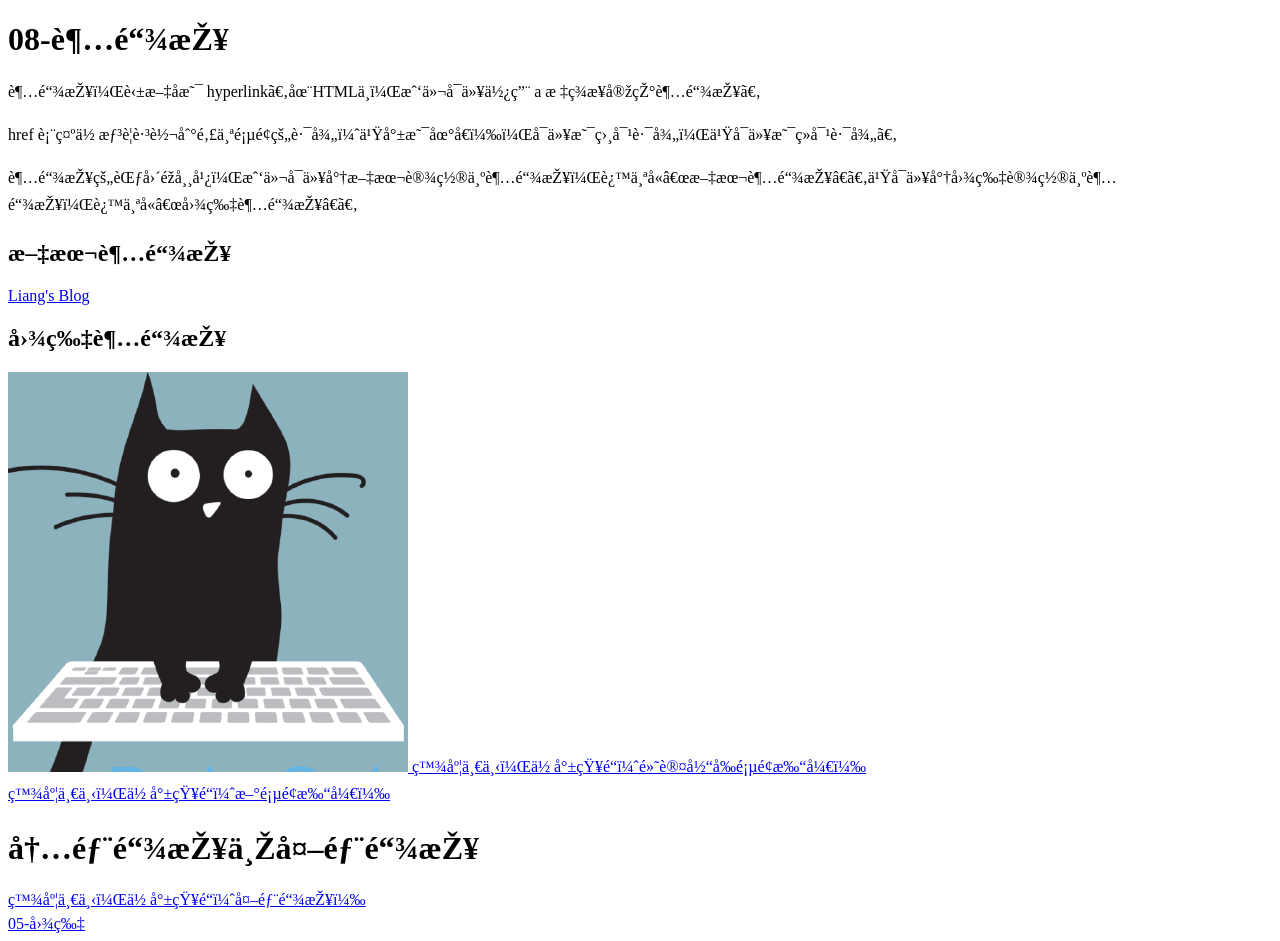
Repository: liang-n/front-end-basics
Page: 08-超链接.html
The author's editor kept a copy of each file at every save. The page is drawn from the files as they stood at one save, then again after a run of saves.
The browser window is 1280 px wide. The pictures show the whole page.

Above is the page before, as saved 2022-05-15 13:28:16.

After the next 2 saves:
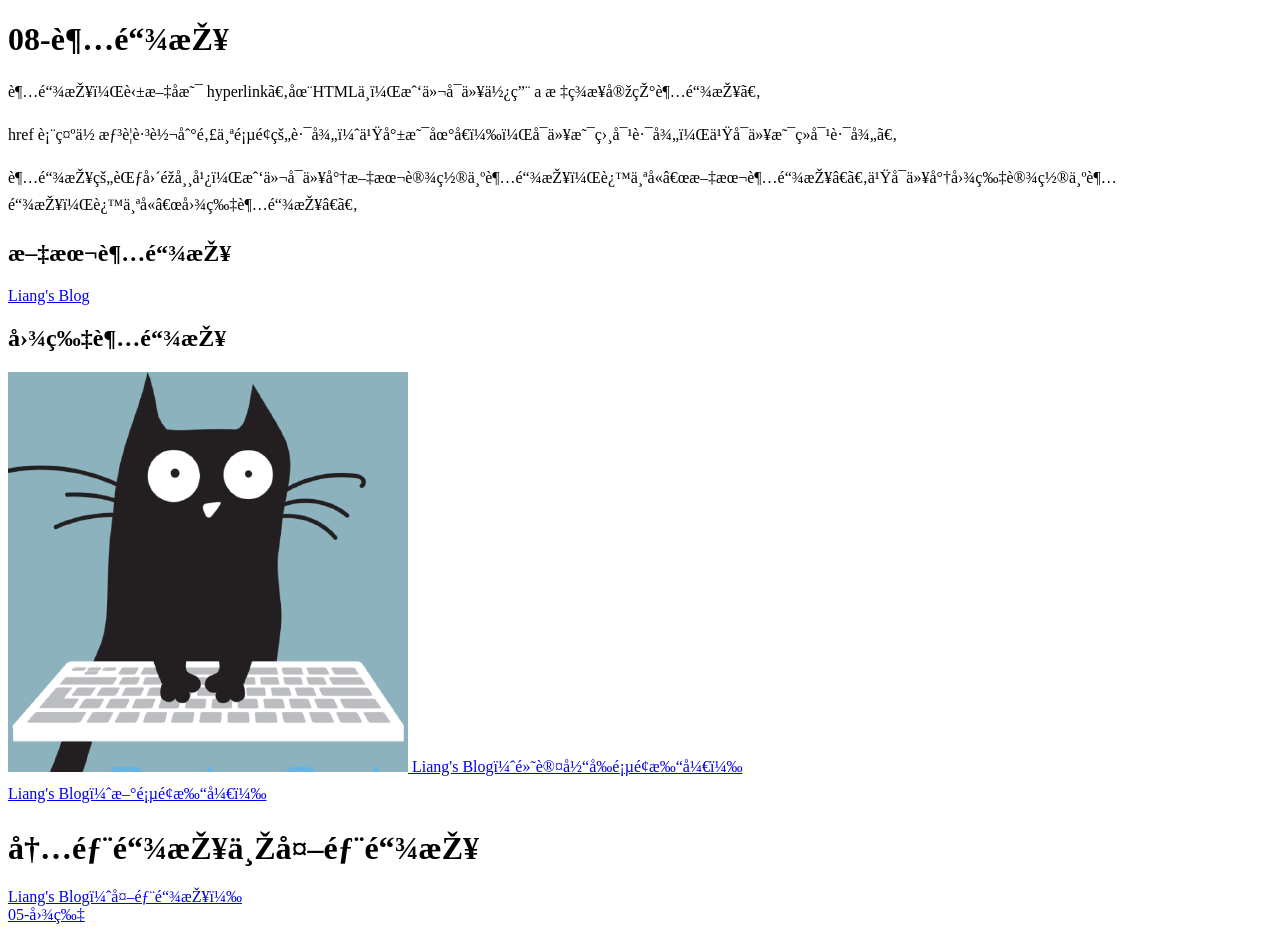
The 2 saves are shown as one change because they came seconds apart.
The last was saved 21 s later.
--- a/08-超链接.html
+++ b/08-超链接.html
@@ -18,12 +18,12 @@
         <a href="https://liang-n.github.io/">
             <img src="img/image.png" alt="Liang's Blog">
         </a>
-        <a href="https://liang-n.github.io/">百度一下，你就知道（默认当前页面打开）</a>
+        <a href="https://liang-n.github.io/">Liang's Blog（默认当前页面打开）</a>
         <br>
-        <a href="https://liang-n.github.io/" target="_blank">百度一下，你就知道（新页面打开）</a>
+        <a href="https://liang-n.github.io/" target="_blank">Liang's Blog（新页面打开）</a>
     </div>
     <h1>内部链接与外部链接</h1>
-    <a href="http://www.baidu.com/" target="_blank">百度一下，你就知道（外部链接）</a>
+    <a href="http://www.baidu.com/" target="_blank">Liang's Blog（外部链接）</a>
     <br>
     <a href="05-图片.html">05-图片</a>
 </body>
